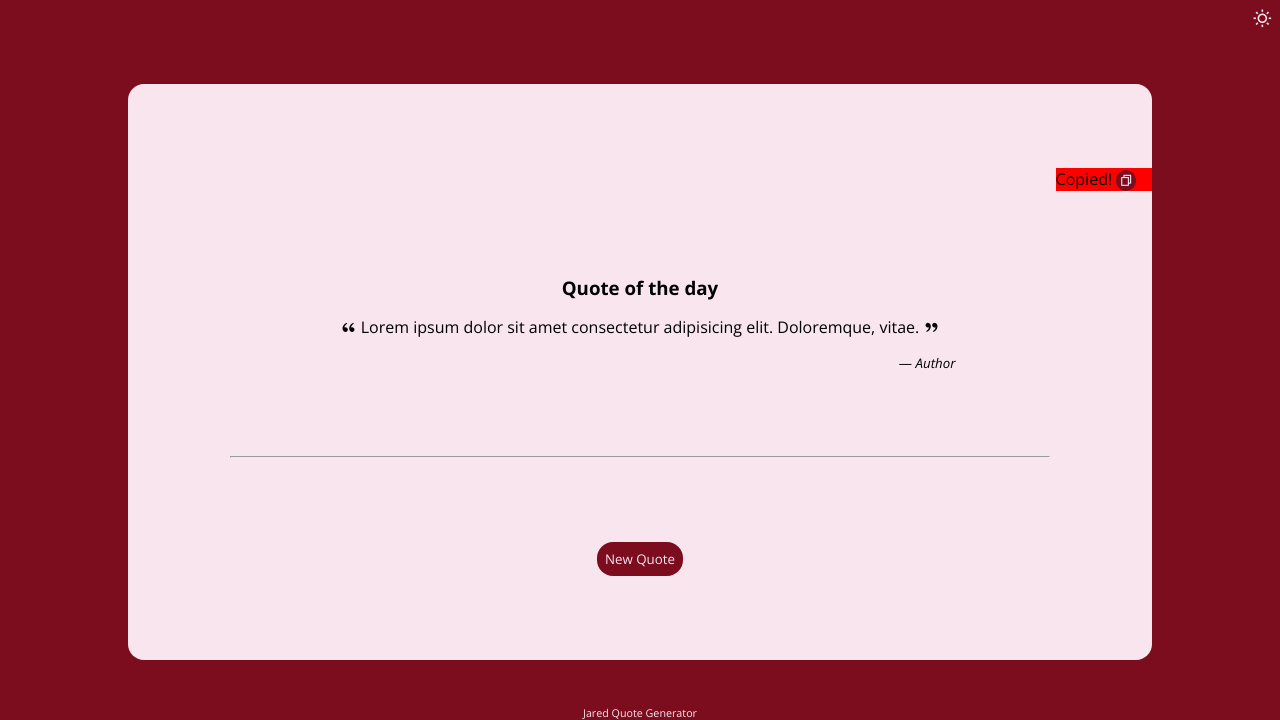
Repository: EguJaredoBoyd/Jared-Quote-Generator
Page: html/main.html
The author's editor kept a copy of each file at every save. The page is drawn from the files as they stood at one save, then again after the next save.
The browser window is 1280 px wide. The pictures show the whole page.
Some web libraries are served in a nearby version.

Above is the page before, as saved 2026-01-09 23:15:50.

### html/main.html
<!DOCTYPE html>
<html lang="en">
  <head>
    <meta charset="UTF-8" />
    <meta name="viewport" content="width=device-width, initial-scale=1.0" />
    <link rel="stylesheet" href="../css/style.css" />
    <script src="../js/main.js" defer></script>
    <link
      href="https://cdn.jsdelivr.net/npm/remixicon@4.8.0/fonts/remixicon.css"
      rel="stylesheet"
    />
    <link rel="preconnect" href="https://fonts.googleapis.com" />
    <link rel="preconnect" href="https://fonts.gstatic.com" crossorigin />
    <link
      href="https://fonts.googleapis.com/css2?family=Open+Sans:ital,wght@0,300..800;1,300..800&display=swap"
      rel="stylesheet"
    />
    <script src="../js/theme.js" defer></script>
    <script src="../js/copy.js" defer></script>
    <title>Document</title>
  </head>
  <body>
    <div class="container">
      <header>
        <button id="theme-toggle">
          <i class="ri-sun-line" id="theme-icon"></i>
        </button>
      </header>
      <main>
        <div class="quote-container">
          <div class="quote-container__copy">
            <span>Copied!</span>
            <button id="copy-quote"><i class="ri-file-copy-line"></i></button>
          </div>
          <div class="quote-container__quotes">
            <h3>Quote of the day</h3>
            <p id="quote-content">
              <span><i class="ri-double-quotes-l"></i></span> Lorem ipsum dolor
              sit amet consectetur adipisicing elit. Doloremque, vitae.
              <span><i class="ri-double-quotes-r"></i></span>
            </p>
            <div class="quote-container__author">
              <h5>&mdash; <i>Author</i></h5>
            </div>
          </div>
          <hr />
          <div class="quote-container__new--quote">
            <button>New Quote</button>
          </div>
        </div>
      </main>
      <footer>
        <div class="footer__developer">
          <h6>Jared Quote Generator</h6>
        </div>
      </footer>
    </div>
  </body>
</html>

### css/style.css
* {
  margin: 0;
  padding: 0;
  box-sizing: border-box;

  /* outline: 1px solid red; */
}

:root {
  --background-color: #7b0d1e;
  --card-color: #f8e5ee;
  --text-color: black;
  --button-color: #7b0d1e;
}

html {
  font-size: 16px;
}

.lighter-theme {
  --background-color: #f8e5ee;
  --card-color: #7b0d1e;
  --text-color: whitesmoke;
  --button-color: #f8e5ee;
}

body {
  font-family: "Open Sans", sans-serif;
  background-color: var(--background-color);
  color: var(--text-color);
}

.container {
  height: 100vh;
  display: flex;
  flex-direction: column;
  justify-content: space-between;
  align-items: center;
}

header {
  display: flex;
  justify-content: flex-end;
  width: 100%;
}

header button {
  border: none;
  background: none;
  color: var(--card-color);
  font-size: larger;
  padding: 0.5rem;
}

.quote-container {
  display: flex;
  flex-direction: column;
  justify-content: space-evenly;
  align-items: center;
  height: 80vh;
  width: 80vw;
  max-width: 80vw;
  background-color: var(--card-color);
  border-radius: 1rem;
}

.quote-container__copy {
  align-self: self-end;
  padding-right: 1rem;
  background-color: red;
}

.quote-container__copy button {
  background-color: var(--button-color);
  color: var(--card-color);
  border: none;
  border-radius: 1rem;
  padding: 0.2rem;
}

.quote-container__quotes {
  max-width: 100%;
  max-height: 100%;
}

.quote-container__quotes h3 {
  text-align: center;
}

.quote-container__quotes p {
  max-width: 100%;
  max-height: 40vh;
  overflow-y: auto;
  padding: 1rem 2rem;
  overflow-wrap: break-word;
  text-align: center;
}

.quote-container__quotes span {
  font-size: 1rem;
}

.quote-container__author {
  justify-self: end;
  padding-right: 1rem;
}

.quote-container__author h5 {
  font-weight: 300;
}

.quote-container hr {
  width: 80%;
}

.quote-container__new--quote button {
  background-color: var(--button-color);
  color: var(--card-color);
  padding: 0.5rem;
  border: none;
  border-radius: 1rem;
  font-family: "Open Sans", sans-serif;
}

.footer__developer h6 {
  color: var(--card-color);
  font-weight: 300;
}

### js/theme.js
//Target the theme button and theme icon
const themeToggle = document.getElementById("theme-toggle");
const themeIcon = document.getElementById("theme-icon");

//Invoke saved lighter theme
const savedTheme = JSON.parse(localStorage.getItem("Lighter-Theme"));

//Add a class of moon to the <i> tag
if (savedTheme === true) {
  document.body.classList.add("lighter-theme");
  //Remove default theme
  themeIcon.classList.remove("ri-sun-line");
  themeIcon.classList.add("ri-contrast-2-line");
}

//Add an eventlistener to toggle theme
function themeToggleFunction() {
  themeToggle.addEventListener("click", () => {
    const lighterTheme = document.body.classList.toggle("lighter-theme");

    if (lighterTheme) {
      themeIcon.classList.remove("ri-sun-line");
      themeIcon.classList.add("ri-contrast-2-line");
    } else {
      themeIcon.classList.remove("ri-contrast-2-line");
      themeIcon.classList.add("ri-sun-line");
    }

    //Save lighter-theme to the localStorage
    localStorage.setItem("Lighter-Theme", JSON.stringify(lighterTheme));
  });
}

themeToggleFunction();

### js/copy.js
//Target the copy and the quote buttons
const copyQuote = document.getElementById("copy-quote");
const qouteContent = document.getElementById("quote-content");

function copyQuoteToClipboard() {
  copyQuote.addEventListener("click", () => {
    const quoteToCopy = qouteContent.textContent;
    navigator.clipboard.writeText(quoteToCopy);

    console.log("copied!");
  });
}

copyQuoteToClipboard();

Loaded but not shown: js/main.js (no copy from this time; the picture is the same without it)

After the next save:
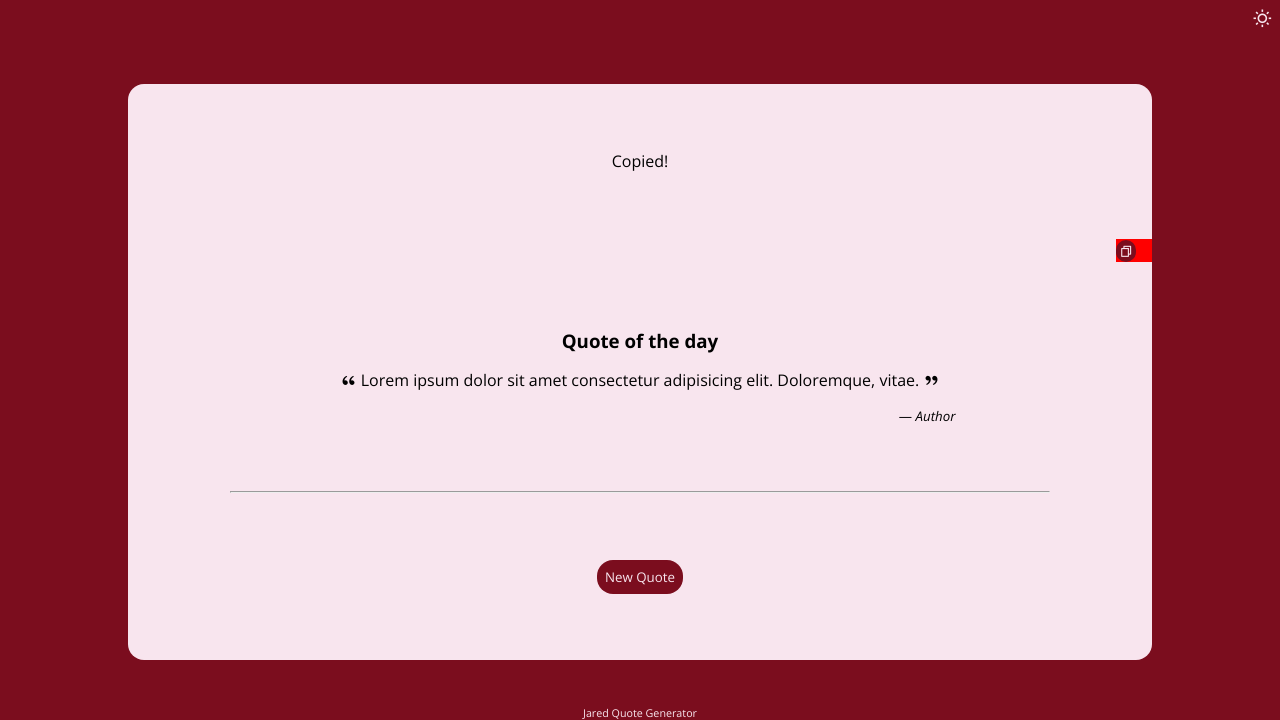
Saved 68 s later.
--- a/html/main.html
+++ b/html/main.html
@@ -28,8 +28,8 @@
       </header>
       <main>
         <div class="quote-container">
+          <span>Copied!</span>
           <div class="quote-container__copy">
-            <span>Copied!</span>
             <button id="copy-quote"><i class="ri-file-copy-line"></i></button>
           </div>
           <div class="quote-container__quotes">
